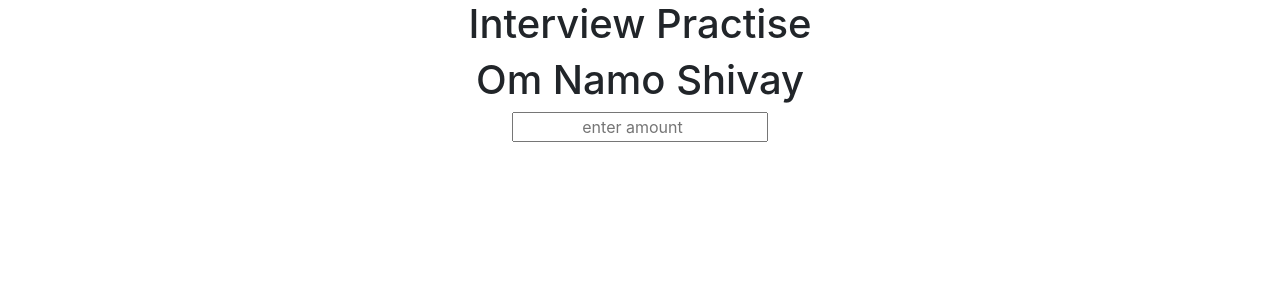
Repository: punitbathija/Machine-Round-React
Page: /
The author's editor kept a copy of each file at every save. The page is drawn from the files as they stood at one save, then again after the next save.
The browser window is 1280 px wide. The pictures show the whole page.
The project was rebuilt for these pictures with package versions that can differ from the ones it lists, and the page was loaded fresh each time. Also part of the build but not shown: src/components/counter.jsx, src/components/ProgressBar.js.

Above is the page before, as saved 2023-06-01 13:14:26.

After the next save:
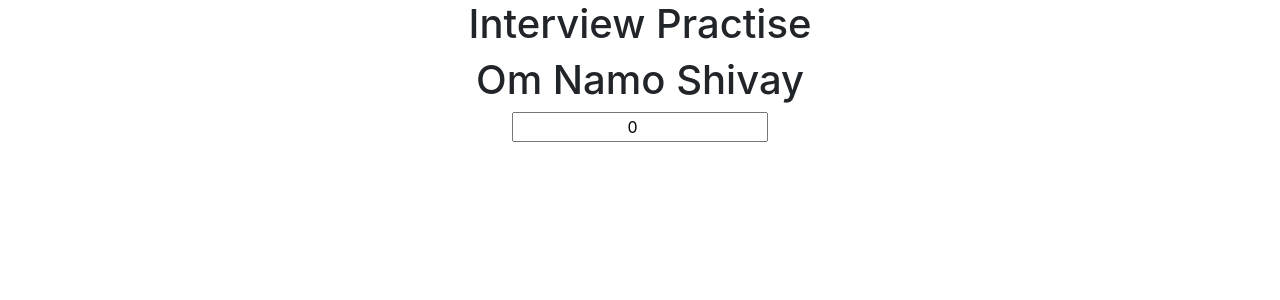
Saved 18 s later.
--- a/src/components/CurrencyCoverter.js
+++ b/src/components/CurrencyCoverter.js
@@ -12,6 +12,7 @@ const CurrencyCoverter = () => {
         type="number"
         placeholder="enter amount"
         style={{ textAlign: "center" }}
+        value={amount}
       />
     </div>
   );
